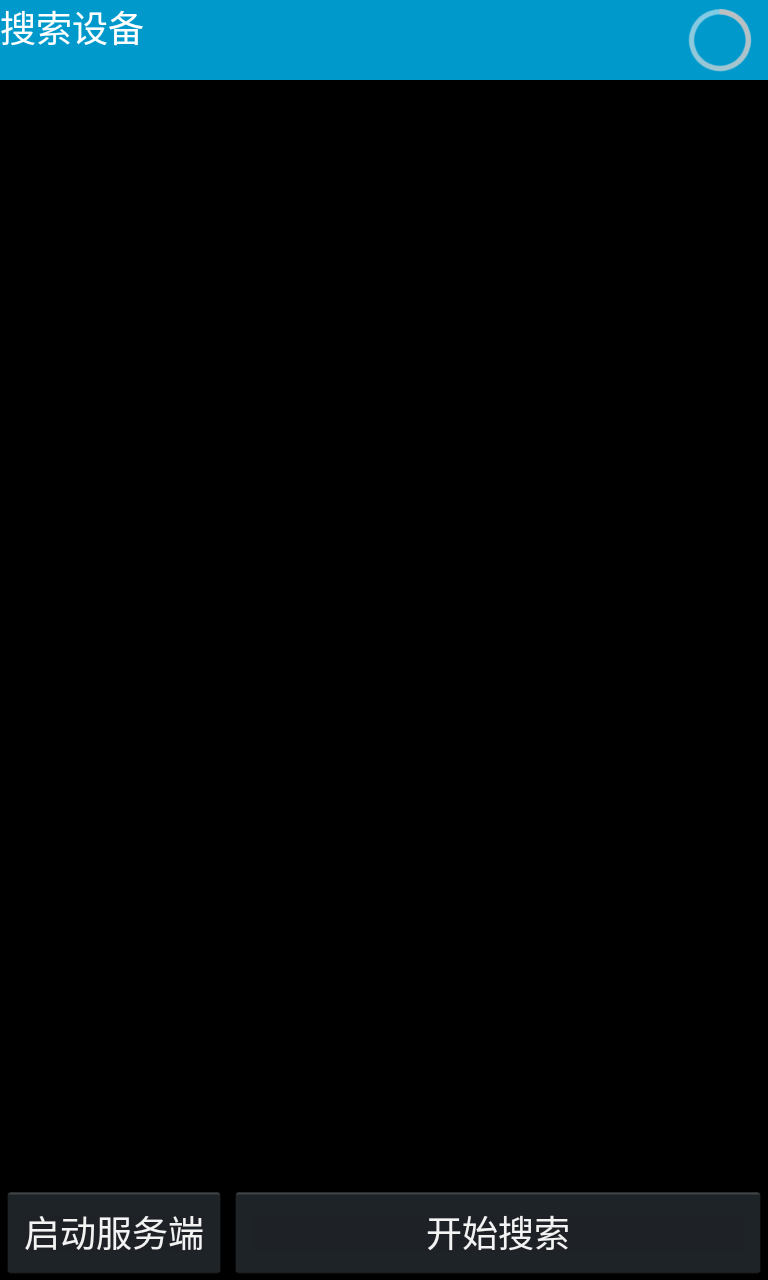
Repository: yihu0817/AndroidDemo
Layout: 蓝牙/AndroidBluetooth/res/layout/devices_layout.xml
The author's editor kept a copy of each file at every save. The layout is drawn from the files as they stood at one save, then again after the next save.
It is drawn on a 768 x 1280 px phone screen (xhdpi) without system bars, with theme android:Theme.Holo; the app's code is not run. Lists and similar views that code fills are empty.

Above is the layout before, as saved 2015-03-20 02:29:02.

After the next save:
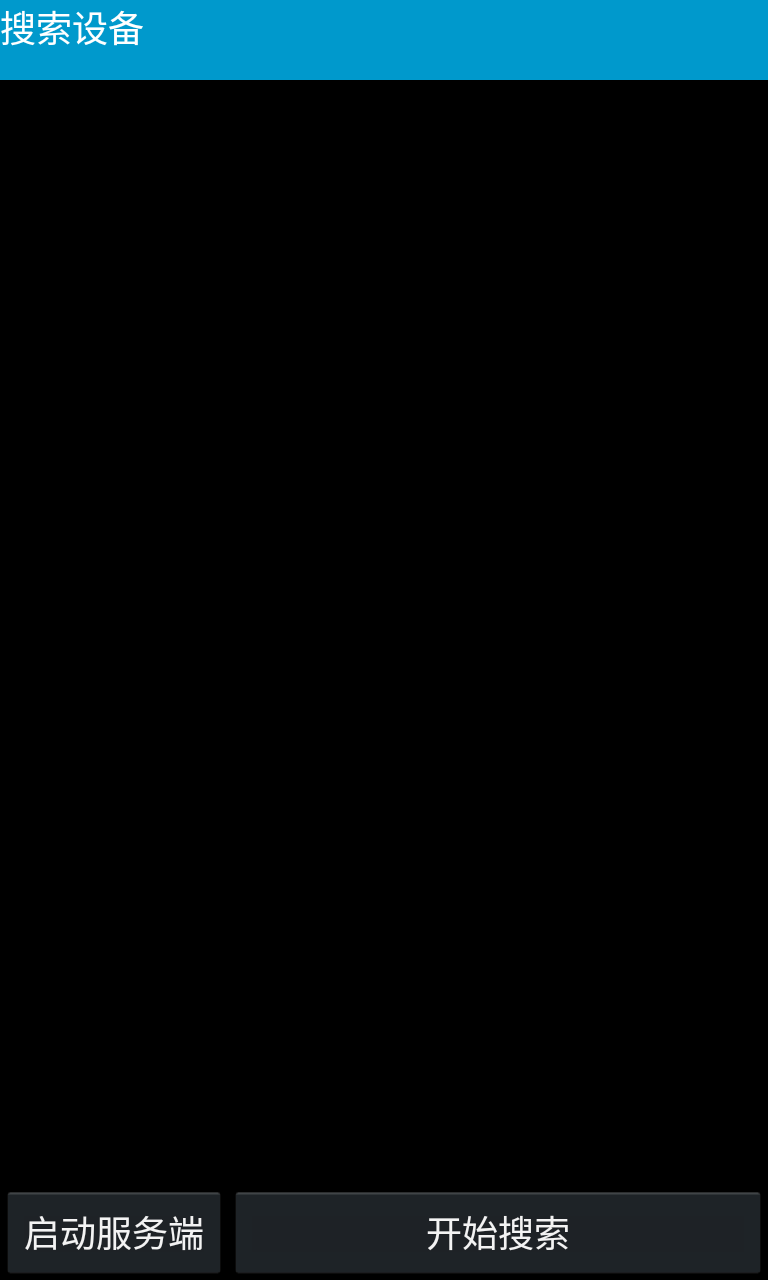
Saved 8 s later.
--- a/蓝牙/AndroidBluetooth/res/layout/devices_layout.xml
+++ b/蓝牙/AndroidBluetooth/res/layout/devices_layout.xml
@@ -11,11 +11,6 @@
         android:layout_height="40dp"
         android:background="@android:color/holo_blue_dark" >
 
-        <ProgressBar
-            android:id="@+id/progress_bar"
-            android:layout_width="wrap_content"
-            android:layout_height="wrap_content"
-            android:layout_alignParentRight="true" />
 
         <TextView
             android:id="@+id/title_txt"
